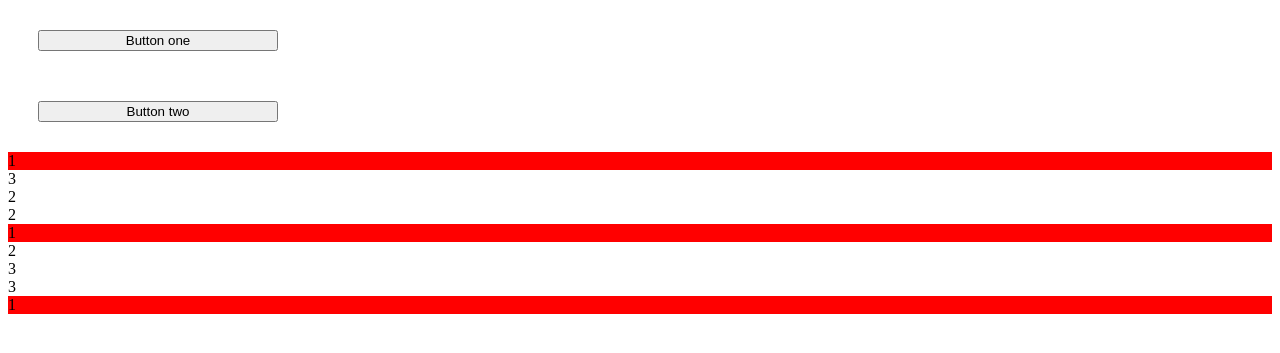
Repository: PeterKellett/the-importance-of-this
Page: index.html
The author's editor kept a record of every edit. The page is drawn from the files as they stood at one moment, then again after the next edit.
The browser window is 1280 px wide. The pictures show the whole page.
After loading, the first visible `div.box` was clicked once.

Above is the page before.

After the next edit:
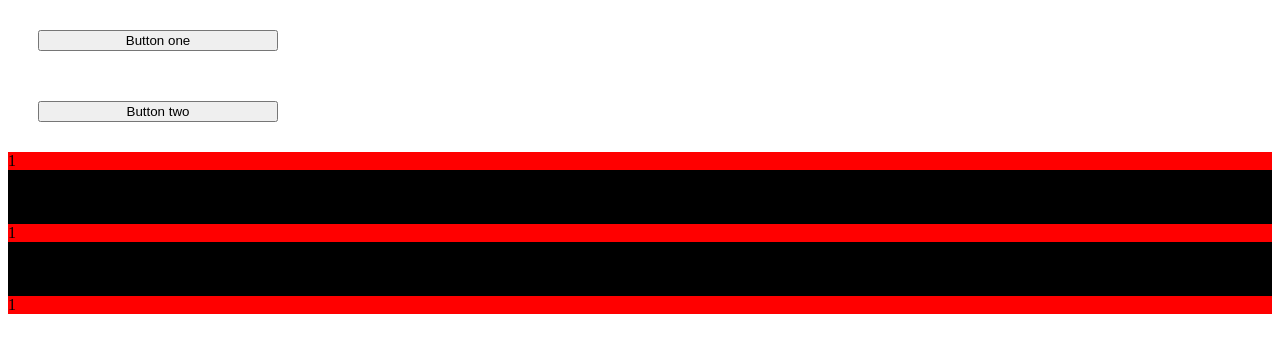
The edit:
--- a/js/script.js
+++ b/js/script.js
@@ -19,8 +19,10 @@
         else {
             /*else turn all elements with a box class black
             and then change the color of all elements
-            with the same class name as the clicked element*/$("." + className).css("background-color", "red");
+            with the same class name as the clicked element*/
+            $("." + boxClass).css("background-color", "#000");
+            $("." + className).css("background-color", "red");
         }
-        $("." + classNames[1]).css("background-color", "red");
+        $("." + className).css("background-color", "red");
     });
 });
